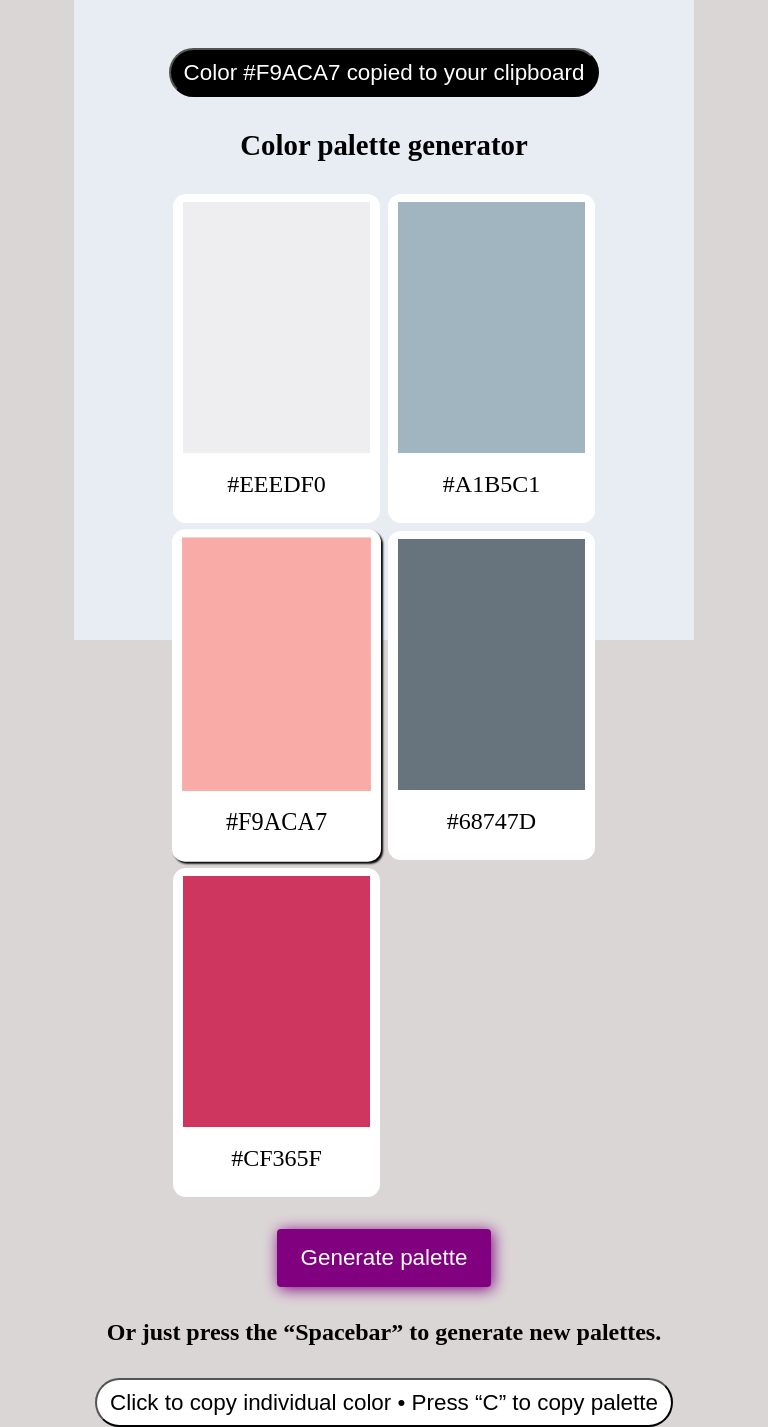
Repository: Hcmwebs/Color-Palette-Generator
Page: index.html
An editor plug-in stored every save of this project. The page is shown before and after the next save, followed by the edit.
The browser window is 768 px wide. The pictures show the whole page.

Above is the page before, as saved 2020-07-07 12:32:36.

After the next save:
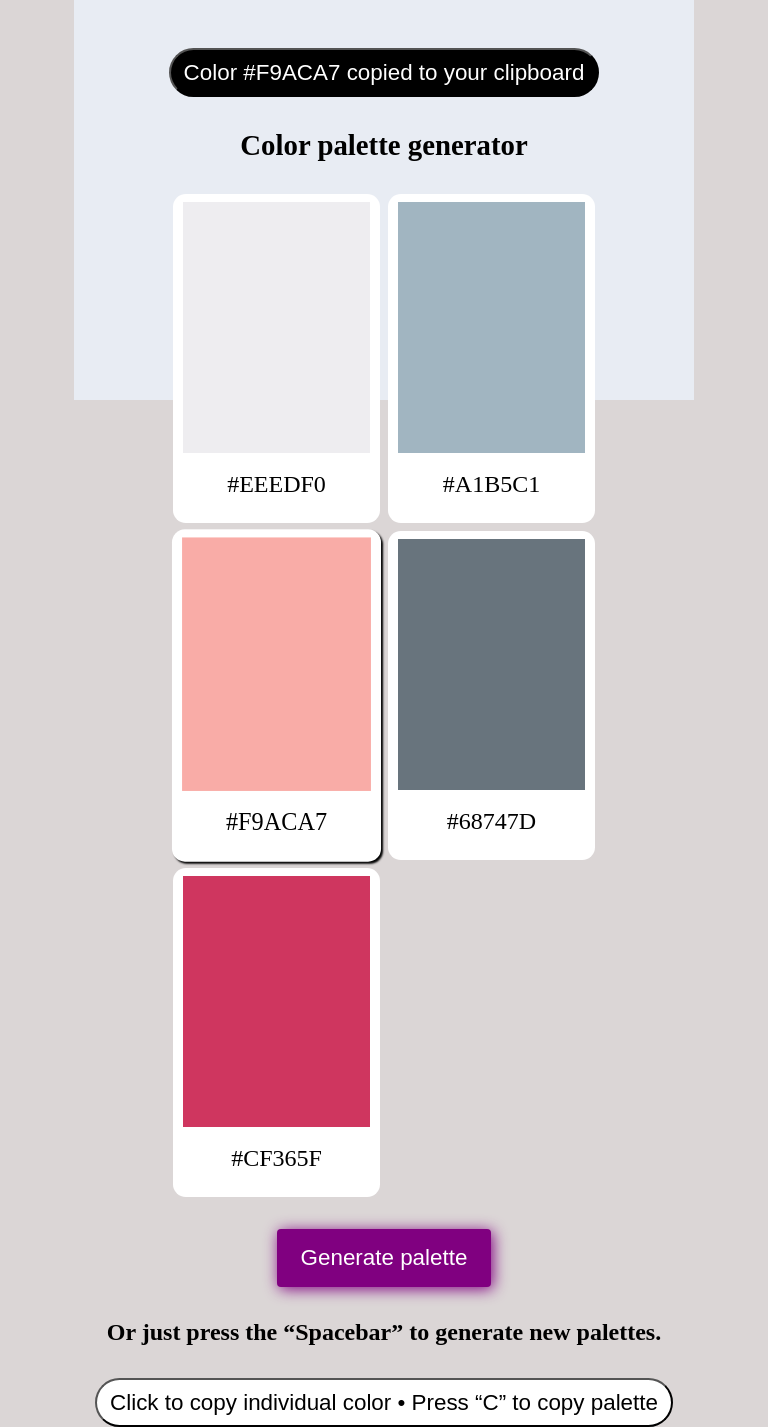
Saved 12 s later.
--- a/styles.css
+++ b/styles.css
@@ -128,7 +128,7 @@
     .container{
         min-width: 620px;
         width: 80%;
-        height: 80vh;
+        height: 50vh;
     }
     .card{
         grid-template-columns: repeat(2, 1fr);

After the save that followed:
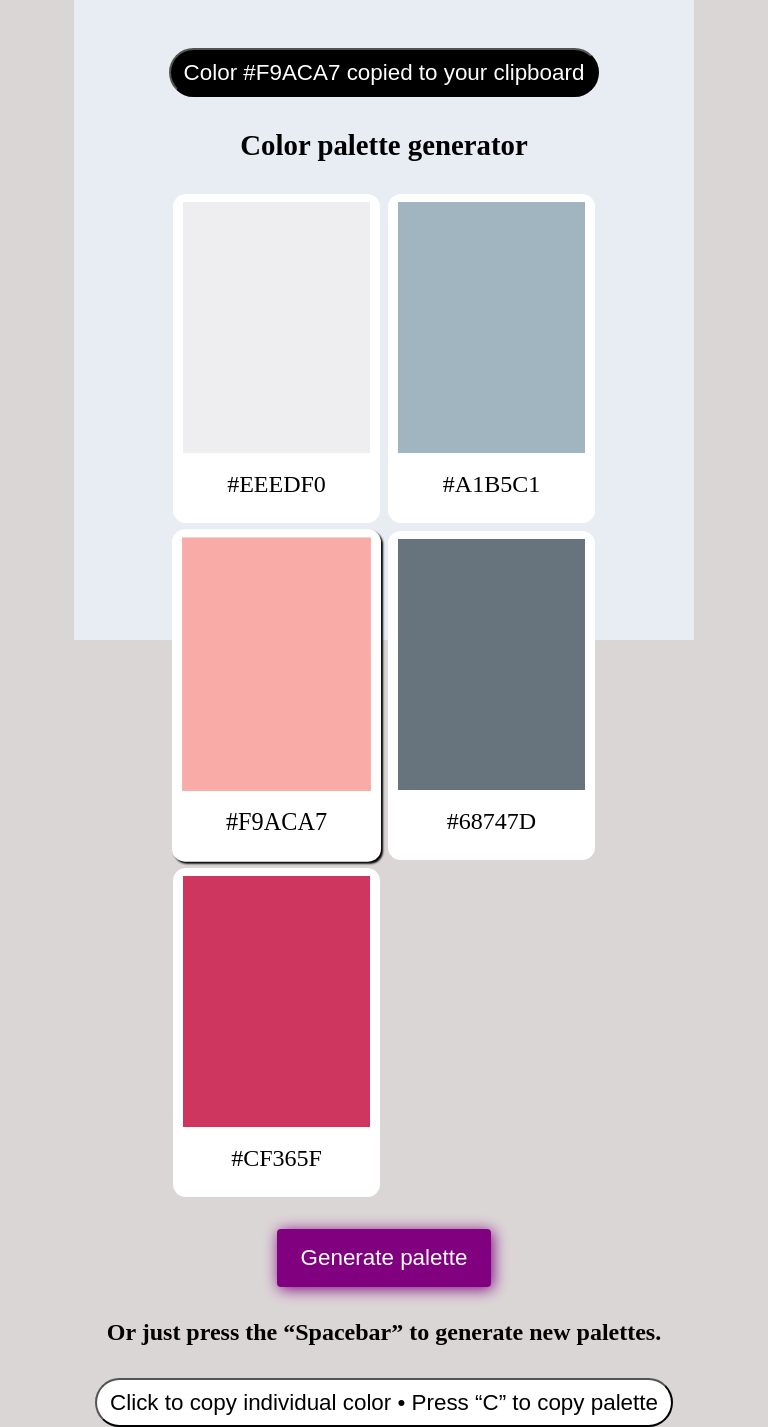
Saved 25 s later.
--- a/styles.css
+++ b/styles.css
@@ -128,7 +128,7 @@
     .container{
         min-width: 620px;
         width: 80%;
-        height: 50vh;
+        height: 80vh;
     }
     .card{
         grid-template-columns: repeat(2, 1fr);
